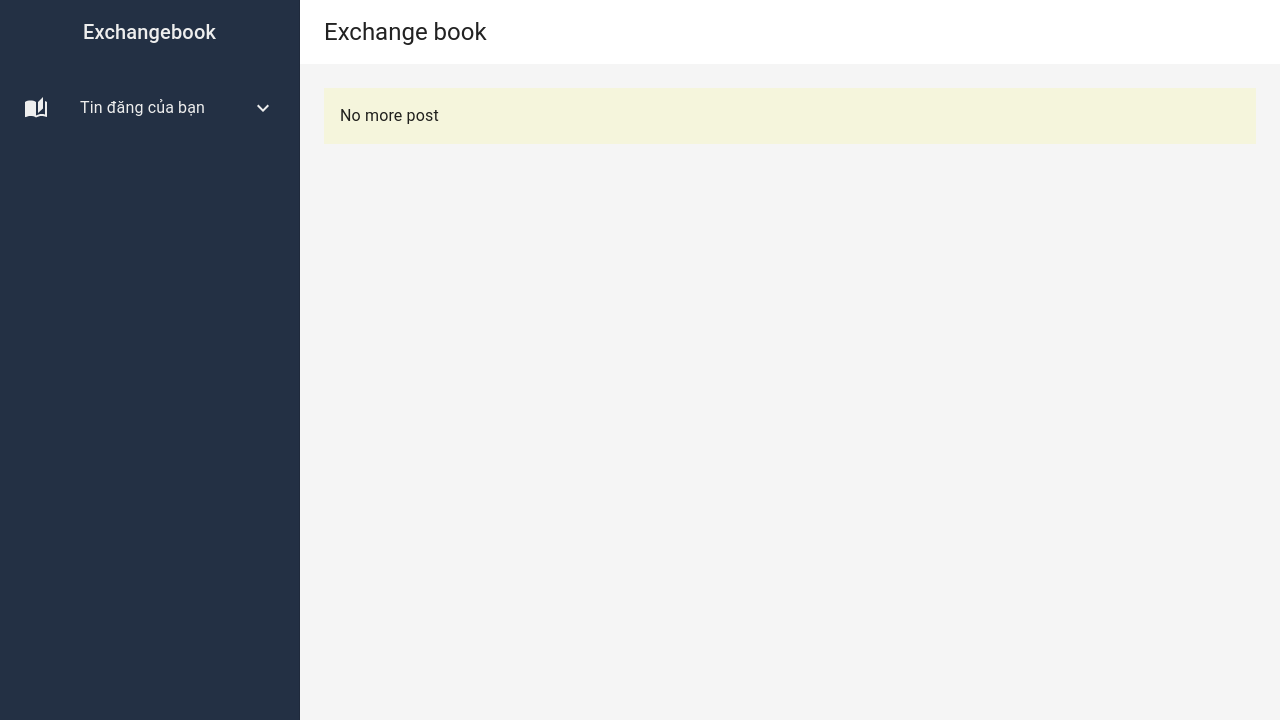
Repository: TrangPhuongLam07/exchangebookfrontend
Page: /
These files come from the project's save history. The page is drawn as it stood at one moment and after the next save; the edit follows.
The browser window is 1280 px wide. The pictures show the whole page.
The page's requests for data from a server got no answer. The project was rebuilt for these pictures with package versions that can differ from the ones it lists, and the page was loaded fresh each time. Some packages were replaced by stand-ins written for this rebuild. No one was signed in, and anything a server would have sent is missing. Also part of the build but not shown: craco.config.js, src/components/post/index.js. Imported but missing from the stored project, and not drawn on this page: src/pages/management/add-post, src/pages/management/update-post.

Above is the page before, as saved 2023-08-10 17:35:14.

After the next save:
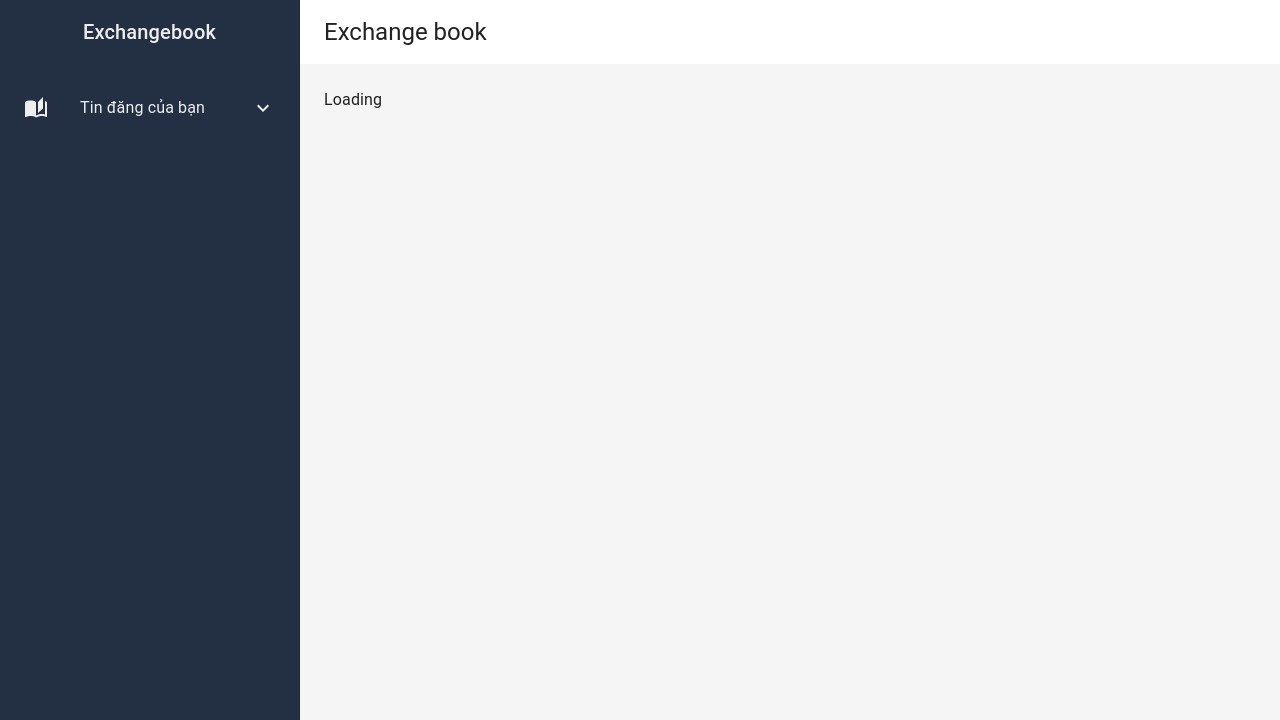
Saved 29 s later.
--- a/src/pages/home/index.js
+++ b/src/pages/home/index.js
@@ -5,15 +5,21 @@ import { useCallback, useRef } from "react";
 import { postService } from "~/services";
 import { useAuth } from "~/contexts/auth";
 const HomePage = () => {
-  const { data, isFetchingNextPage, error, fetchNextPage, hasNextPage } =
-    useInfiniteQuery({
-      queryKey: ["posts"],
-      queryFn: postService.getAll,
-      getNextPageParam: (lastPage, allPages) => {
-        return allPages.length < 3 && allPages.length + 1;
-      },
-      getPreviousPageParam: (firstPage, allPages) => firstPage.prevCursor,
-    });
+  const {
+    data,
+    isFetchingNextPage,
+    error,
+    fetchNextPage,
+    hasNextPage,
+    isLoading,
+  } = useInfiniteQuery({
+    queryKey: ["posts"],
+    queryFn: postService.getAll,
+    getNextPageParam: (lastPage, allPages) => {
+      return allPages.length < 3 && allPages.length + 1;
+    },
+    getPreviousPageParam: (firstPage, allPages) => firstPage.prevCursor,
+  });
   const intObserver = useRef();
   const lastPostRef = useCallback(
     (post) => {
@@ -27,7 +33,7 @@ const HomePage = () => {
     [isFetchingNextPage, fetchNextPage, hasNextPage]
   );
   console.log({ data });
-
+  if (isLoading) return <>Loading</>;
   if (error) return <>Error: {error.message}</>;
   if (data?.pages.length < 1) return <>No more posts</>;
   return (
